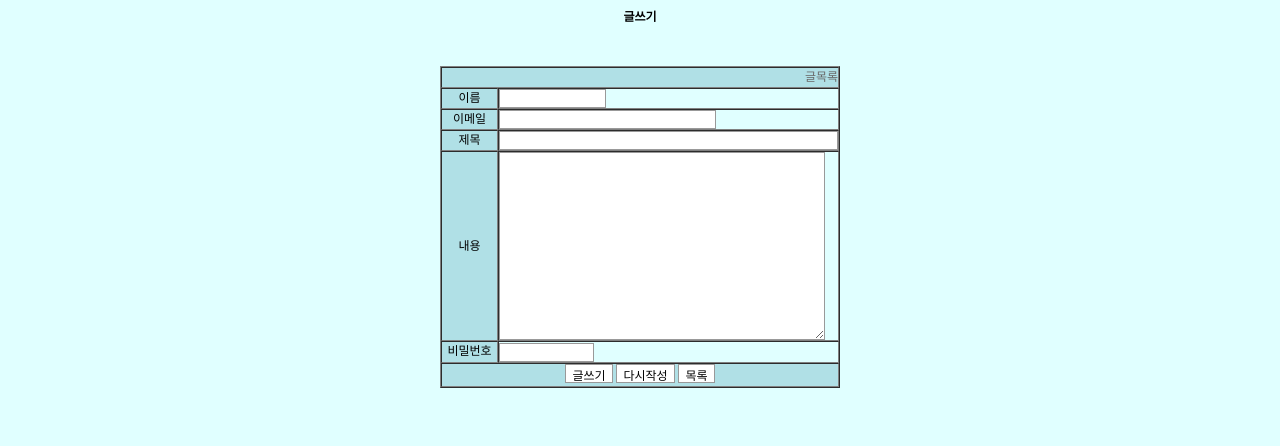
Repository: DynamicRD/jsp_Study
Page: http://localhost/jspStudy/boardone/writeForm.jsp
The author's editor kept a copy of each file at every save. The page is drawn from the files as they stood at one save, then again after the next save.
The browser window is 1280 px wide. The pictures show the whole page.
The page is served by Tomcat 9.

Above is the page before, as saved 2024-12-13 01:43:25.

After the next save:
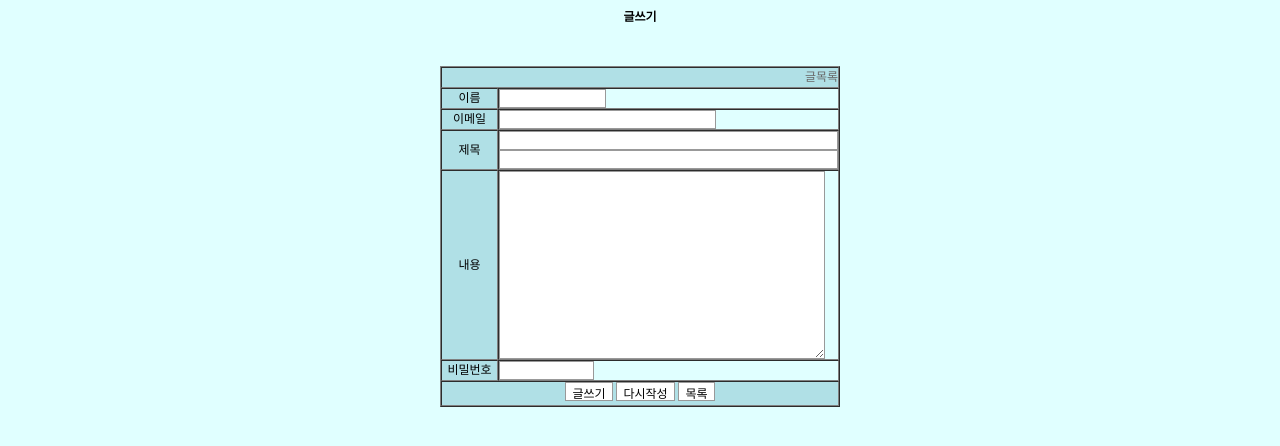
Saved 7 min 19 s later.
--- a/jspStudy/src/main/webapp/boardone/writeForm.jsp
+++ b/jspStudy/src/main/webapp/boardone/writeForm.jsp
@@ -47,7 +47,18 @@
 			</tr>
 			<tr>
 				<td width="70" bgcolor="<%=value_c%>" align="center">제목</td>
-				<td width="330"><input type="text" size="50" maxlength="50"
+				<td width="330">
+<%
+				if(request.getParameter("num")==null){
+%>
+ 				<input type="text" size="50" maxlength="50" name="subject"/>
+<%			}else{
+%>
+ 				<input type="text" size="50" maxlength="50" name="subject" value="[답변]"/>
+<%
+				}
+%>
+				<input type="text" size="50" maxlength="50"
 					name="subject" /></td>
 			</tr>
 			<tr>

After the 3 saves that followed:
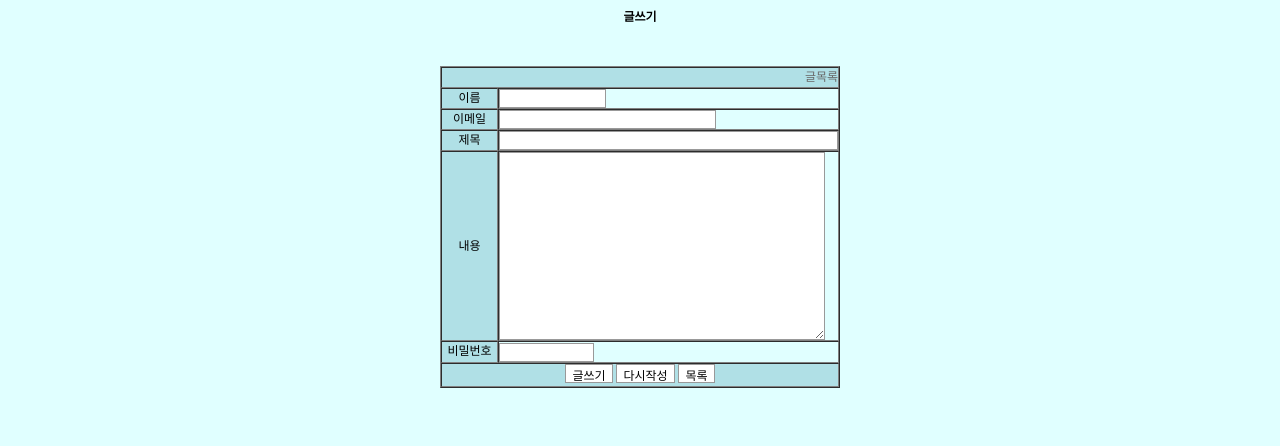
The 3 saves are shown as one change because 2 left the picture as it was.
The last was saved 11 min 9 s later.
--- a/jspStudy/src/main/webapp/boardone/writeForm.jsp
+++ b/jspStudy/src/main/webapp/boardone/writeForm.jsp
@@ -52,14 +52,14 @@
 				if(request.getParameter("num")==null){
 %>
  				<input type="text" size="50" maxlength="50" name="subject"/>
-<%			}else{
+<%
+				}else{
 %>
  				<input type="text" size="50" maxlength="50" name="subject" value="[답변]"/>
 <%
 				}
 %>
-				<input type="text" size="50" maxlength="50"
-					name="subject" /></td>
+				</td>
 			</tr>
 			<tr>
 				<td width="70" bgcolor="<%=value_c%>" align="center">내용</td>
